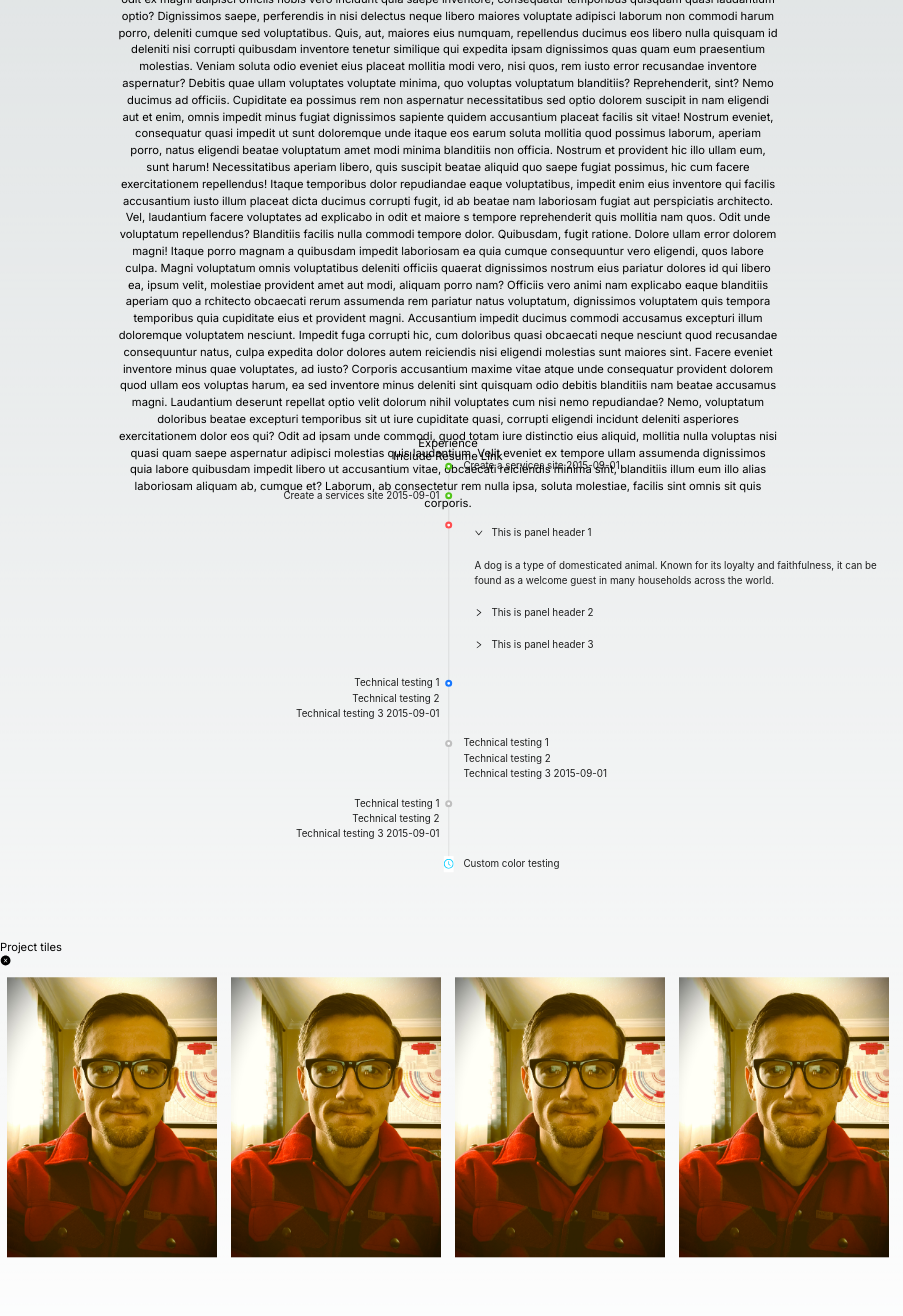
Repository: devkthines/next-portfolio-v2
Page: /
The author's editor kept a copy of each file at every save. The page is drawn from the files as they stood at one save, then again after the next save.
The browser window is 1280 px wide. The page is 1290 px wide, so the pictures cover 1290 px, including what lies to the right of the window. The pictures show the part of the page from y = 873 to 2753 px (the page is 2936 px tall), at 70% of full size.
The project was rebuilt for these pictures with package versions that can differ from the ones it lists, and the page was loaded fresh each time. The framework's server and built-in components were replaced by stand-ins that run in the browser. Also part of the build but not shown: next.config.js.

Above is the page before, as saved 2023-09-14 21:44:01.

After the next save:
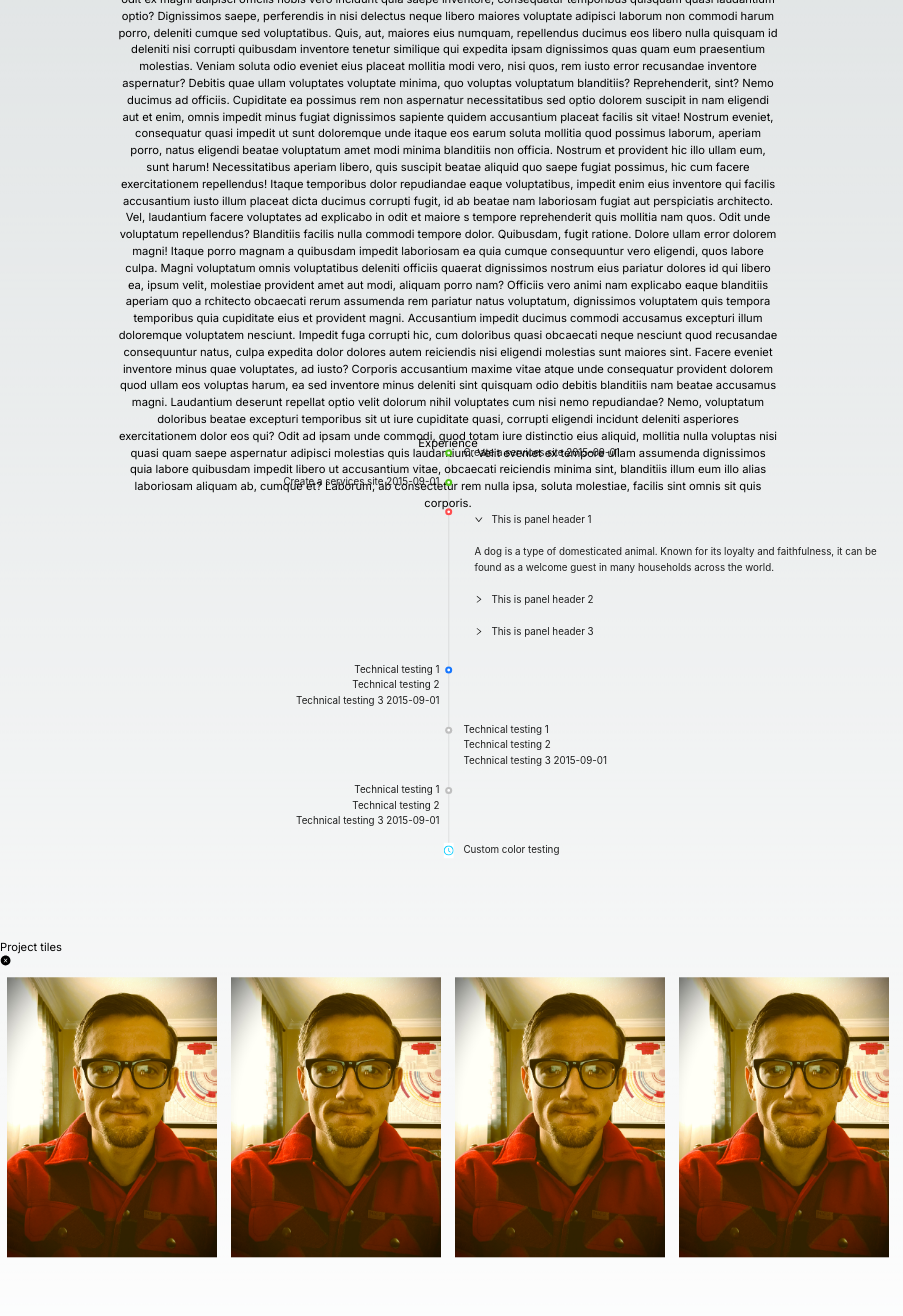
Saved 31 s later.
--- a/src/app/page.tsx
+++ b/src/app/page.tsx
@@ -120,7 +120,7 @@ export default function Home() {
               laboriosam aliquam ab, cumque et? Laborum, ab consectetur rem nulla ipsa, soluta molestiae, facilis sint
               omnis sit quis corporis.</p></div></div>
         <div className="infoSection text-center">
-          <h1>Experience</h1> <h2>Include Resume Link</h2>
+          <h1>Experience</h1>
           <div className='experience'>
             {/* <h1>Timeline Here</h1> */}
       <Resume></Resume>
